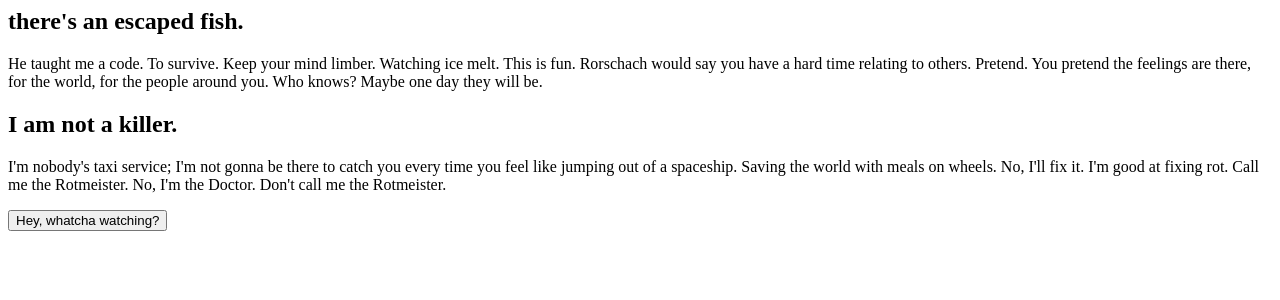
Repository: m0lt/modul_1
Page: 20250702_Aufgaben/Selectors-Level-1_2/index.html
An editor plug-in stored every save of this project. The page is shown before and after the next save, followed by the edit.
The browser window is 1280 px wide. The pictures show the whole page.

Above is the page before, as saved 2025-07-03 06:20:20.

After the next save:
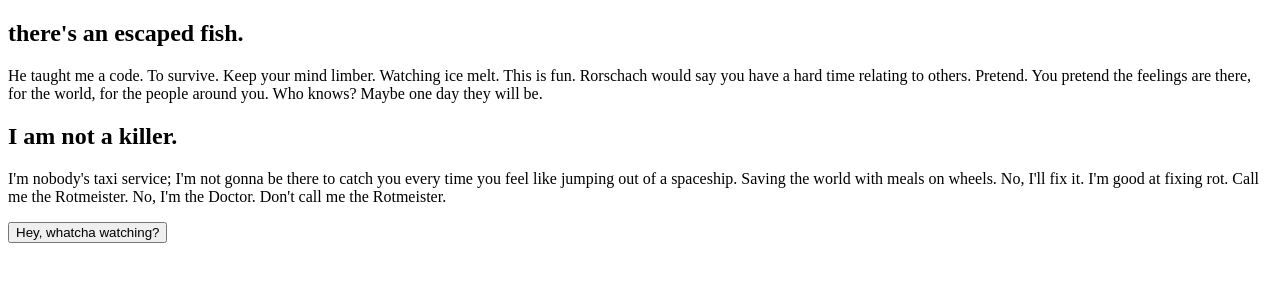
Saved 34 s later.
--- a/20250702_Aufgaben/Selectors-Level-1_2/index.html
+++ b/20250702_Aufgaben/Selectors-Level-1_2/index.html
@@ -1,3 +1,10 @@
+<!DOCTYPE html>
+<html lang="en">
+<head>
+    <meta charset="UTF-8">
+    <meta name="viewport" content="width=device-width, initial-scale=1.0">
+    <title>Document</title>
+</head>
 <body>
     <section>
               <h1>there's an escaped fish.</h1>
@@ -9,3 +16,6 @@
         </article>
     <button>Hey, whatcha watching?</button>
 </body>
+
+
+</html>
